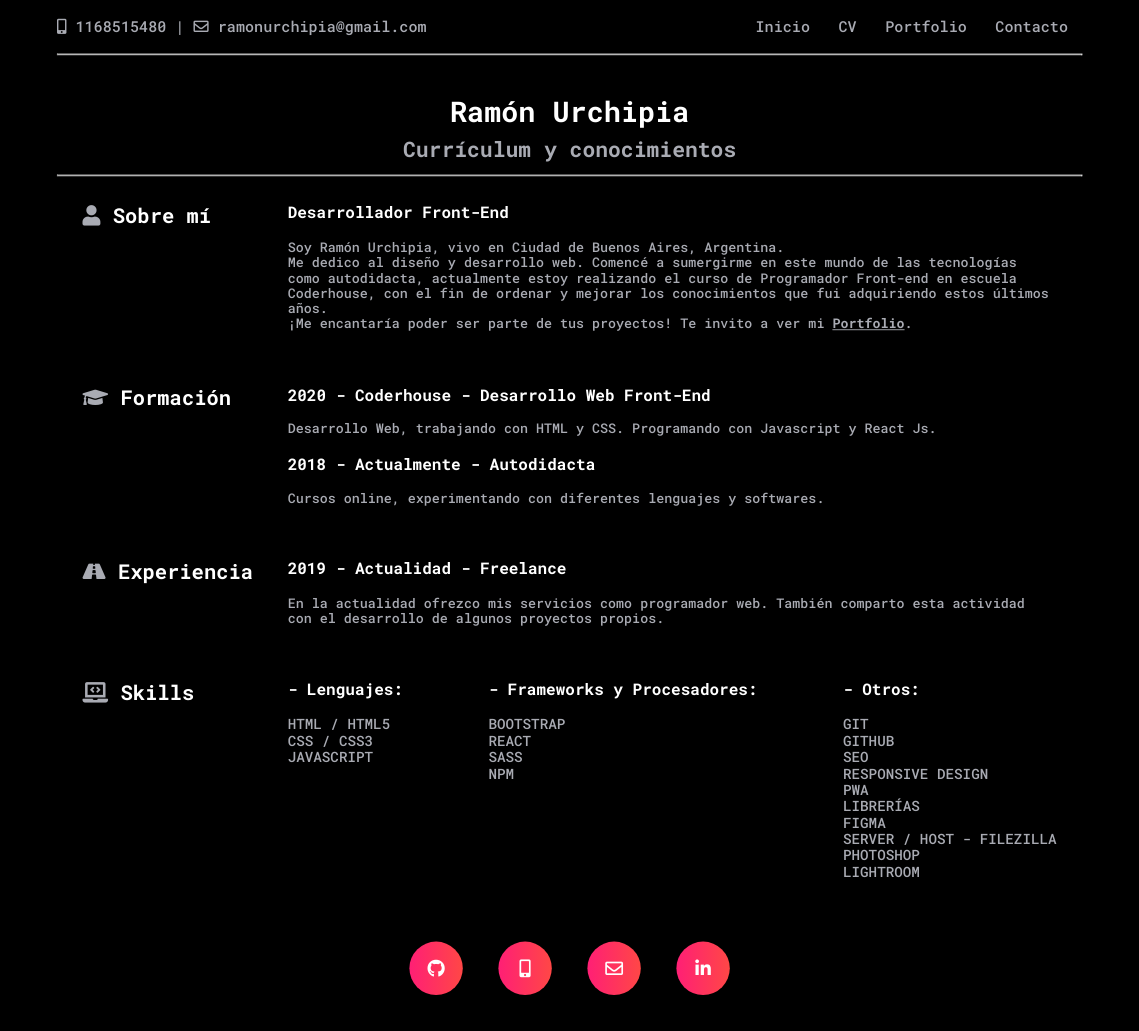
Repository: r-urchi/Portfolio
Page: curriculum.html
The author's editor kept a copy of each file at every save. The page is drawn from the files as they stood at one save, then again after the next save.
The browser window is 1280 px wide. The pictures show the whole page, at 89% of full size.
Some web libraries are served in a nearby version.

Above is the page before, as saved 2021-01-24 11:59:53.

### curriculum.html
<!DOCTYPE html>
<html lang="es">

<head>
  <meta charset="UTF-8">
  <meta name="viewport" content="width=device-width, initial-scale=1.0">
  <meta name="format-detection" content="telephone=no">
  <meta name="format-detection" content="email=no">
  <title>Ramón Urchipia - Front-end Developer</title>
  <link rel="stylesheet" href="css/normalize.css">
  <link href="https://fonts.googleapis.com/css2?family=Roboto+Mono:wght@300;500;700&display=swap" rel="stylesheet">
  <link rel="stylesheet" href="https://cdnjs.cloudflare.com/ajax/libs/font-awesome/5.13.0/css/all.min.css">
  <link rel="icon" type="image/jpg" href="img/icon.ico">
  <link rel="stylesheet" href="css/main.css">
</head>

<body>

  <button class="menu-btn">
    <i class="fas fa-bars"></i>
  </button>

  <div class="contenedor">
    <div class="contenedor-menu">
      <nav class="nav__main">
        <div class="contactos">
          <a href="https://api.whatsapp.com/send?text=&phone=541168515480" target="_blank"><i class="fas fa-mobile-alt"></i> 1168515480</a>
          <span class="span">|</span>
          <a href="mailto:ramonurchipia@gmail.com" target="_blank" ><i class="far fa-envelope"></i> ramonurchipia@gmail.com</a>
        </div>


        <ul class="nav__menu">
          <li class="nav__lista"><a href="index.html" class="nav__enlace">Inicio</a></li>
          <li class="nav__lista"><a href="#curriculum.html" class="nav__enlace">CV</a></li>
          <li class="nav__lista"><a href="index.html#portfolio" class="nav__enlace">Portfolio</a></li>
          <li class="nav__lista"><a href="#contacto" class="nav__enlace">Contacto</a></li>
        </ul>

      </nav>

      <hr>
    </div>

    <header class="header">

      <h1 class="header__titulo">Ramón Urchipia</h1>
      <h2 class="header__subtitulo">Currículum y conocimientos</h2>
      <hr>

    </header>

    <section class="curriculum">

      <article class="curriculum__articulo">
        <div class="curriculum__titulo">
          <h3><i class="fas fa-user"></i> Sobre mí</h3>
        </div>

        <div class="curriculum__descripcion">
          <h4>Desarrollador Front-End</h4>
          <p>Soy Ramón Urchipia, vivo en Ciudad de Buenos Aires, Argentina. <br>
            Me dedico al diseño y desarrollo web. Comencé a sumergirme en este mundo de las tecnologías como autodidacta, actualmente estoy realizando el curso de Programador Front-end en escuela Coderhouse, con el fin de ordenar y mejorar los conocimientos que fui adquiriendo estos últimos años. <br>
            ¡Me encantaría poder ser parte de tus proyectos! Te invito a ver mi <a href="index.html#portfolio">Portfolio</a>.
          </p>
        </div>
      </article>

      <article class="curriculum__articulo">
        <div class="curriculum__titulo">
          <h3><i class="fas fa-graduation-cap"></i> Formación</h3>
        </div>

        <div class="curriculum__descripcion">
          <h4>2020 - Coderhouse - Desarrollo Web Front-End</h4>
          <p>Desarrollo Web, trabajando con HTML y CSS. Programando con Javascript y React Js.</p>

          <h4 class="curriculum__segundo-titulo">2018 - Actualmente - Autodidacta</h4>
          <p>Cursos online, experimentando con diferentes lenguajes y softwares.</p>
        </div>
      </article>

      <article class="curriculum__articulo">
        <div class="curriculum__titulo">
          <h3><i class="fas fa-road"></i> Experiencia</h3>
        </div>

        <div class="curriculum__descripcion">
          <h4>2019 - Actualidad - Freelance</h4>
          <p>En la actualidad ofrezco mis servicios como programador web.
            También comparto esta actividad con el desarrollo de algunos proyectos propios.</p>
        </div>
      </article>

      <article class="curriculum__articulo">
        <div class="curriculum__titulo">
          <h3><i class="fas fa-laptop-code"></i> Skills</h3>
        </div>

        <div class="curriculum__descripcion-listas">
          <div class="curriculum__grupo">
            <h4>- Lenguajes:</h4>
            <ul>
              <li>HTML / HTML5</li>
              <li>CSS / CSS3</li>
              <li>JAVASCRIPT</li>
            </ul>
          </div>

          <div class="curriculum__grupo">
            <h4>- Frameworks y Procesadores:</h4>
            <ul>
              <li>BOOTSTRAP</li>
              <li>REACT</li>
              <li>SASS</li>
              <li>NPM</li>
            </ul>
          </div>

          <div class="curriculum__grupo">
            <h4>- Otros:</h4>
            <ul>
              <li>GIT</li>
              <li>GITHUB</li>
              <li>SEO</li>
              <li>RESPONSIVE DESIGN</li>
              <li>PWA</li>
              <li>LIBRERÍAS</li>
              <li>FIGMA</li>
              <li>SERVER / HOST - FILEZILLA</li>
              <li>PHOTOSHOP</li>
              <li>LIGHTROOM</li>
            </ul>
          </div>


        </div>
      </article>
    </section>


    <footer class="footer" id="contacto">
      <div class="redes-sociales">

        <div class="redes-sociales__contenedor-icono">
          <a href="https://github.com/r-urchi" target="_blank" class="redes-sociales__enlace github"><i class="redes-sociales__icono fab fa-github"></i></a>
        </div>

        <div class="redes-sociales__contenedor-icono">
          <a href="https://api.whatsapp.com/send?text=&phone=541168515480" target="_blank" class="redes-sociales__enlace instagram"><i class="redes-sociales__icono fas fa-mobile-alt"></i></a>
        </div>

        <div class="redes-sociales__contenedor-icono">
          <a href="mailto:ramonurchipia@gmail.com" target="_blank" class="redes-sociales__enlace instagram"><i class="redes-sociales__icono far fa-envelope"></i></a>
        </div>

        <div class="redes-sociales__contenedor-icono">
          <a href="https://www.linkedin.com/in/ramonurchipia/" target="_blank" class="redes-sociales__enlace facebook"><i class="fab fa-linkedin-in"></i></a>
        </div>

    </div>
    </footer>
  </div>

  <script src="js/main.js"></script>
</body>

</html>

### css/main.css
* {
  margin: 0;
  padding: 0;
  -webkit-box-sizing: border-box;
  box-sizing: border-box;
}

body {
  background-color: #000000;
  color: #a9abb3;
  font-size: 16px;
  font-family: "Roboto Mono", monospace;
}

html {
  scroll-behavior: smooth;
}

button,
a,
input {
  outline: none;
}

a {
  color: #a9abb3;
  text-decoration: none;
}

ul {
  list-style: none;
}

.contenedor {
  width: 90%;
  margin: auto;
}

.nav__main {
  font-size: 17px;
  display: -webkit-box;
  display: -ms-flexbox;
  display: flex;
  -webkit-box-pack: justify;
  -ms-flex-pack: justify;
  justify-content: space-between;
  -webkit-box-align: center;
  -ms-flex-align: center;
  align-items: center;
  height: 60px;
  padding: 20px 0;
}

.span {
  color: #a9abb3;
}

.nav__logo {
  width: 50px;
}

.nav__menu {
  display: -webkit-box;
  display: -ms-flexbox;
  display: flex;
}

.nav__lista {
  padding: 10px;
}

.nav__enlace {
  padding: 6px;
}
.nav__enlace:hover {
  border-bottom: 2px solid #a9abb3;
}

.nav-main ul.nav-menu {
  -webkit-box-flex: 1;
  -ms-flex: 1;
  flex: 1;
  margin-left: 20px;
}

.menu-btn {
  display: none;
  position: absolute;
  cursor: pointer;
  top: 18px;
  right: 30px;
  z-index: 100;
  font-size: 1.5rem;
  color: #a9abb3;
  background: none;
  border: none;
}

.header {
  text-align: center;
}

.header__titulo {
  margin: 45px 0 10px 0;
  color: #fff;
}

.header__subtitulo {
  padding-bottom: 15px;
}

.header__contenedor-items {
  width: 100%;
  display: -webkit-box;
  display: -ms-flexbox;
  display: flex;
  -webkit-box-pack: center;
  -ms-flex-pack: center;
  justify-content: center;
  -webkit-box-align: start;
  -ms-flex-align: start;
  align-items: flex-start;
  -ms-flex-wrap: wrap;
  flex-wrap: wrap;
  border-radius: 5px;
}

.header__items {
  width: 30%;
  height: 225px;
  padding: 15px;
  margin: 20px 0;
  transition: 0.2s all ease;
}
.header__items i {
  font-size: 45px;
  padding-bottom: 15px;
  color: #a9abb3;
}
.header__items .header__titulo-item {
  color: #fff;
  margin-bottom: 10px;
}
.header__items p {
  color: #a9abb3;
  font-size: 15px;
  transition: 0.2s all ease;
}
.header__items:hover {
  background: rgba(255, 255, 255, 0.1);
}

.portfolio {
  width: 100%;
  height: 100%;
  background: rgba(255, 255, 255, 0.1);
  border-radius: 5px;
}

.portfolio__titulo {
  font-size: 30px;
  text-align: center;
  padding-top: 25px;
  color: #fff;
}

.portfolio__contenedor {
  display: -webkit-box;
  display: -ms-flexbox;
  display: flex;
  -webkit-box-pack: center;
  -ms-flex-pack: center;
  justify-content: center;
  -webkit-box-align: center;
  -ms-flex-align: center;
  align-items: center;
  -ms-flex-wrap: wrap;
  flex-wrap: wrap;
}

.porfolio__item {
  display: -webkit-box;
  display: -ms-flexbox;
  display: flex;
  -webkit-box-orient: vertical;
  -webkit-box-direction: normal;
  -ms-flex-direction: column;
  flex-direction: column;
  -webkit-box-align: center;
  -ms-flex-align: center;
  align-items: center;
  margin: 20px 10px;
  overflow: hidden;
}
.porfolio__item a {
  text-align: center;
}
.porfolio__item img {
  width: 280px;
  margin-bottom: 10px;
  -webkit-transition: 0.3s all ease;
  -o-transition: 0.3s all ease;
  transition: 0.3s all ease;
  -webkit-box-shadow: 2px 2px 12px 0px rgba(0, 0, 0, 0.9);
  box-shadow: 2px 2px 12px 0px rgba(0, 0, 0, 0.9);
}
.porfolio__item img:hover {
  -webkit-transform: scale(1.1);
  -ms-transform: scale(1.1);
  transform: scale(1.1);
}

.portfolio__enlace {
  padding: 3px;
  -webkit-transition: 0.3s all ease;
  -o-transition: 0.3s all ease;
  transition: 0.3s all ease;
  color: #fff;
}
.portfolio__enlace:hover {
  color: #a9abb3;
}

.cv {
  width: 100%;
  display: flex;
  justify-content: center;
  align-items: center;
}
.cv .cv__boton a {
  display: inline-block;
  text-align: center;
  line-height: 70px;
  width: 350px;
  height: 70px;
  margin-top: 20px;
  margin-bottom: 35px;
  border: none;
  border-radius: 5px;
  box-shadow: 2px 2px 12px 0px rgba(0, 0, 0, 0.42);
  background: linear-gradient(90deg, #ff1f75, #ff4746);
  color: #fff;
  transition: 0.3s ease all;
  cursor: pointer;
}
.cv .cv__boton a:hover {
  background: linear-gradient(90deg, #fc5e9b, #f56161);
}

.curriculum {
  width: 100%;
  height: 100%;
  display: flex;
  justify-content: center;
  align-items: center;
  flex-direction: column;
}

.curriculum__articulo {
  width: 100%;
  height: 100%;
  display: flex;
  justify-content: center;
  align-items: flex-start;
  transition: 0.2s all ease;
}
.curriculum__articulo:hover {
  background: rgba(255, 255, 255, 0.1);
}

.curriculum__titulo {
  width: 20%;
  padding: 30px 0;
}
.curriculum__titulo h3 {
  font-size: 23px;
  color: #fff;
}
.curriculum__titulo h3 i {
  color: #a9abb3;
  font-size: 23px;
}

.curriculum__descripcion {
  width: 75%;
  padding: 30px 0;
}
.curriculum__descripcion h4 {
  font-size: 18px;
  color: #fff;
}
.curriculum__descripcion p {
  margin-top: 20px;
  font-size: 15px;
}
.curriculum__descripcion p a {
  text-decoration: underline;
  font-weight: bold;
}

.curriculum__segundo-titulo {
  margin-top: 20px;
}

.curriculum__articulo .curriculum__descripcion-listas {
  display: flex;
  justify-content: space-between;
  align-items: flex-start;
  width: 75%;
  padding: 30px 0;
}
.curriculum__articulo .curriculum__descripcion-listas ul {
  margin-top: 20px;
}

.curriculum__grupo h4 {
  font-size: 18px;
  color: #fff;
}

footer .redes-sociales {
  display: -webkit-box;
  display: -ms-flexbox;
  display: flex;
  -ms-flex-line-pack: center;
  align-content: center;
  -webkit-box-pack: center;
  -ms-flex-pack: center;
  justify-content: center;
  padding: 20px;
  -ms-flex-wrap: wrap;
  flex-wrap: wrap;
}
footer .redes-sociales a i {
  font-size: 20px;
  line-height: 60px;
}

.redes-sociales__enlace {
  display: block;
  width: 60px;
  height: 60px;
  background: linear-gradient(90deg, #ff1f75, #ff4746);
  color: #fff;
  margin: 20px;
  text-align: center;
  border-radius: 100px;
  -webkit-transition: 0.3s ease all;
  -o-transition: 0.3s ease all;
  transition: 0.3s ease all;
}

.redes-sociales__contenedor-icono:hover a {
  background: linear-gradient(90deg, #fc5e9b, #f56161);
}

@media screen and (max-width: 900px) {
  .contactos a {
    font-size: 15px;
  }

  .menu-btn {
    display: block;
  }

  .nav__main ul.nav__menu {
    display: block;
    position: absolute;
    top: 0;
    left: 0;
    background: #000;
    height: 100%;
    -webkit-transform: translateX(-400px);
    -ms-transform: translateX(-400px);
    transform: translateX(-400px);
    padding: 70px 50px 30px 30px;
    opacity: 0.9;
    -webkit-transition: -webkit-transform 0.5s ease-in-out;
    transition: -webkit-transform 0.5s ease-in-out;
    -o-transition: transform 0.5s ease-in-out;
    transition: transform 0.5s ease-in-out;
  }

  .nav__main ul.nav__menu.show {
    -webkit-transform: translateX(-20px);
    -ms-transform: translateX(-20px);
    transform: translateX(-20px);
  }

  .nav-main ul.nav-menu li {
    padding: 20px;
    border-bottom: #a9abb3 solid 1px;
  }

  .nav__enlace {
    color: #fff;
  }
  .nav__enlace:hover {
    border-bottom: 2px solid #fff;
  }

  .header__items {
    width: 100%;
    margin: 10px 0;
  }

  .porfolio__item img {
    width: 100%;
  }

  .redes-sociales__enlace {
    margin: 10px;
  }

  .curriculum__articulo {
    width: 100%;
    height: 100%;
    display: flex;
    justify-content: center;
    flex-direction: column;
    align-items: center;
    transition: 0.2s all ease;
  }
  .curriculum__articulo:hover {
    background: rgba(255, 255, 255, 0.1);
  }
  .curriculum__articulo .curriculum__titulo {
    width: 90%;
    text-align: center;
  }
  .curriculum__articulo .curriculum__descripcion {
    width: 90%;
  }

  .curriculum__articulo .curriculum__descripcion-listas {
    width: 90%;
    flex-direction: column;
    align-items: flex-start;
  }
  .curriculum__articulo .curriculum__descripcion-listas .curriculum__grupo {
    margin-bottom: 18px;
  }
}
@media screen and (max-width: 400px) {
  .cv .cv__boton a {
    line-height: 70px;
    width: 200px;
    height: 70px;
  }

  .header__items i {
    font-size: 37px;
  }

  .contactos {
    display: -webkit-box;
    display: -ms-flexbox;
    display: flex;
    -webkit-box-orient: vertical;
    -webkit-box-direction: normal;
    -ms-flex-direction: column;
    flex-direction: column;
  }
  .contactos a {
    font-size: 14px;
  }

  .span {
    display: none;
  }

  footer .redes-sociales a i {
    line-height: 45px;
  }

  .redes-sociales__enlace {
    margin: 5px;
    width: 45px;
    height: 45px;
  }
}

/*# sourceMappingURL=main.css.map */

### js/main.js
let botonMenu = document.querySelector('.menu-btn');
let navMenu = document.querySelector('.nav__menu');

botonMenu.addEventListener('click', () => {
  navMenu.classList.toggle('show');
});

navMenu.addEventListener('click', () => {
  navMenu.classList.remove('show');
});

window.addEventListener('scroll', () => {
  navMenu.classList.remove('show');
})

Loaded but not shown: css/normalize.css (library)

After the next save:
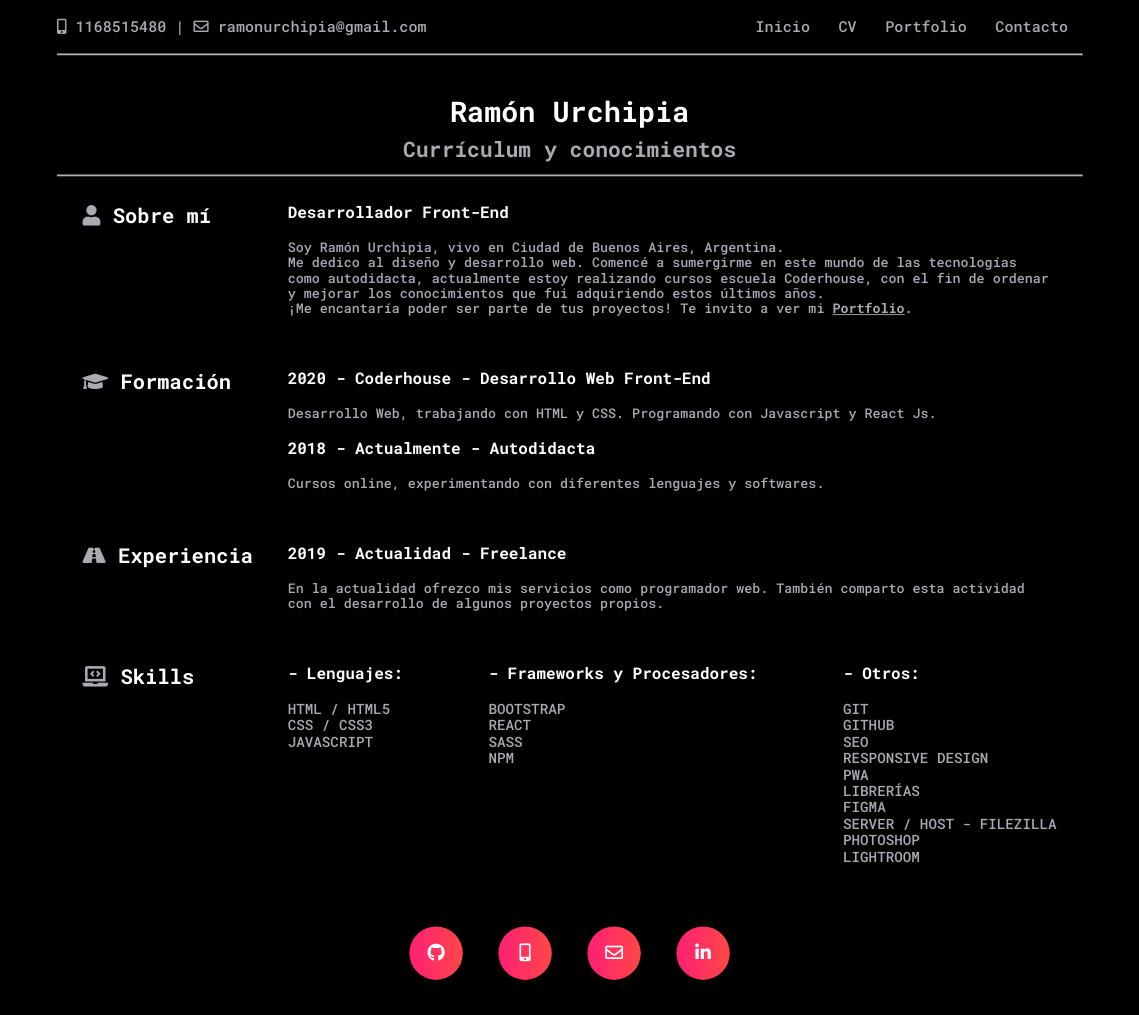
Saved 24 s later.
--- a/curriculum.html
+++ b/curriculum.html
@@ -60,7 +60,7 @@
         <div class="curriculum__descripcion">
           <h4>Desarrollador Front-End</h4>
           <p>Soy Ramón Urchipia, vivo en Ciudad de Buenos Aires, Argentina. <br>
-            Me dedico al diseño y desarrollo web. Comencé a sumergirme en este mundo de las tecnologías como autodidacta, actualmente estoy realizando el curso de Programador Front-end en escuela Coderhouse, con el fin de ordenar y mejorar los conocimientos que fui adquiriendo estos últimos años. <br>
+            Me dedico al diseño y desarrollo web. Comencé a sumergirme en este mundo de las tecnologías como autodidacta, actualmente estoy realizando cursos escuela Coderhouse, con el fin de ordenar y mejorar los conocimientos que fui adquiriendo estos últimos años. <br>
             ¡Me encantaría poder ser parte de tus proyectos! Te invito a ver mi <a href="index.html#portfolio">Portfolio</a>.
           </p>
         </div>
